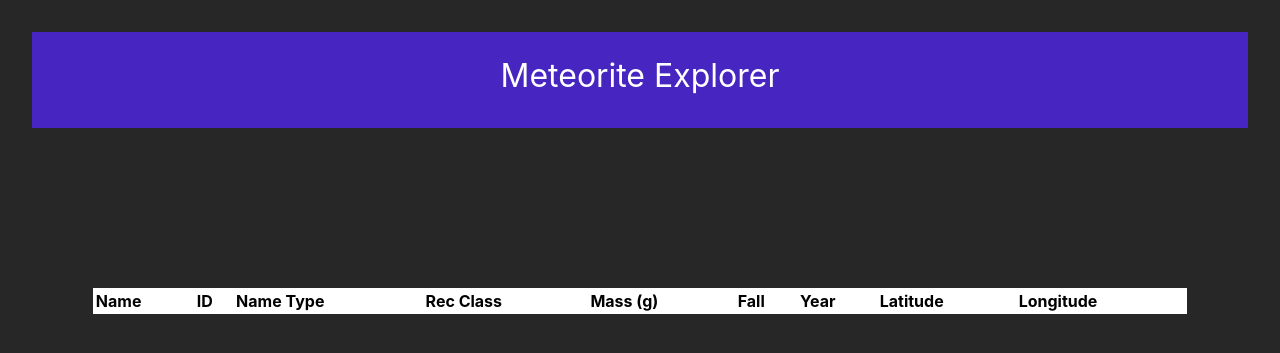
Repository: Tsardines/meteorite-explorer
Page: / (app in meteorite-explorer/)
An editor plug-in stored every save of this project. The page is shown before and after the next save, followed by the edit.
The browser window is 1280 px wide. The pictures show the whole page.
The page's requests for data from a server got no answer. The project was rebuilt for these pictures with package versions that can differ from the ones it lists, and the page was loaded fresh each time. No one was signed in, and anything a server would have sent is missing.

Above is the page before, as saved 2019-05-27 16:56:40.

After the next save:
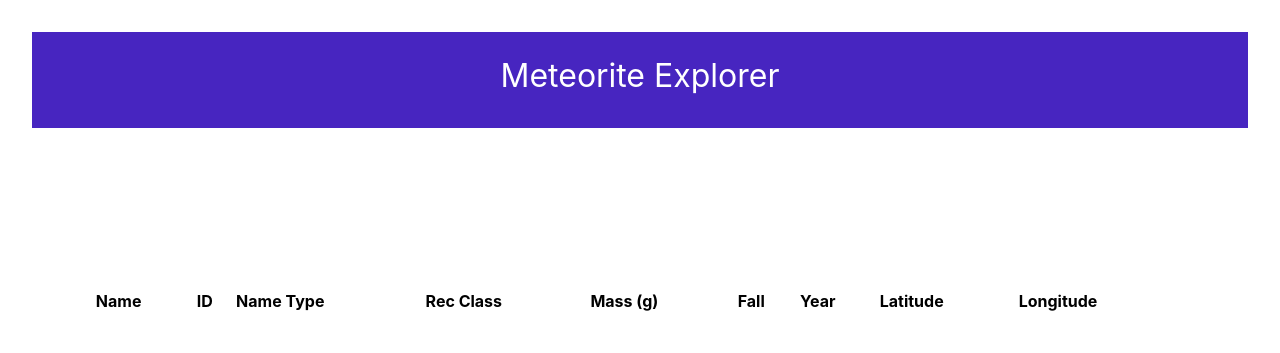
Saved 6 s later.
--- a/meteorite-explorer/src/App.css
+++ b/meteorite-explorer/src/App.css
@@ -1,5 +1,5 @@
 body {
-  background-color: rgb(39, 39, 39);
+  /* background-color: rgb(39, 39, 39); */
   margin: 2rem;
 }
 
